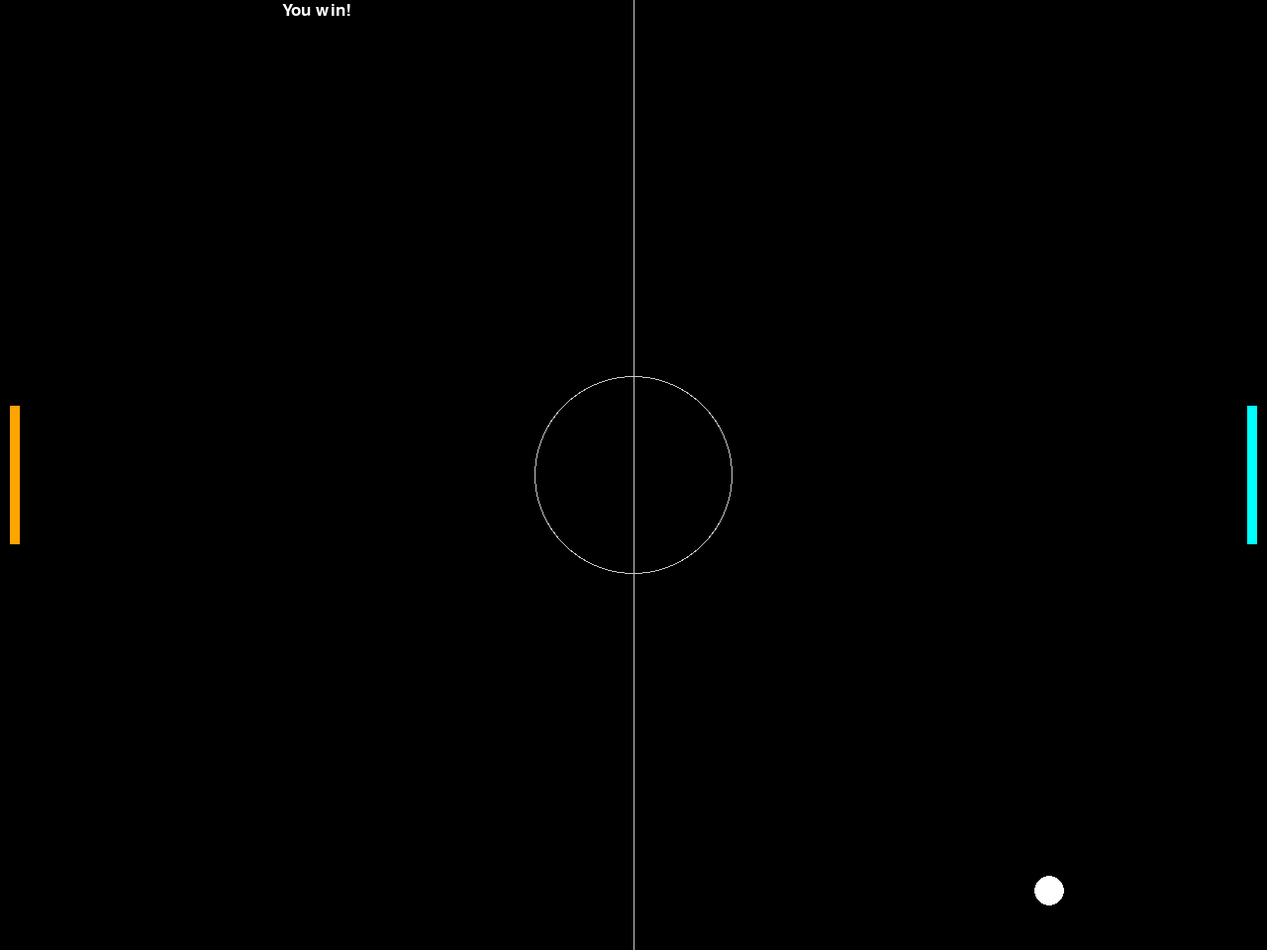
Repository: jak18015/python-tutorials
Script's output: python python-mega-course/pong-pygame/pong.py
The author's editor kept a copy of each file at every save. The script's output is drawn from the files as they stood at one save, then again after the next save.
The pictures are shown at 99% of full size.
The window is shown after at most 60 frames with no key pressed. Random numbers start from a fixed seed.

Above is the script's output before, as saved 2023-05-02 17:39:54.

After the next save:
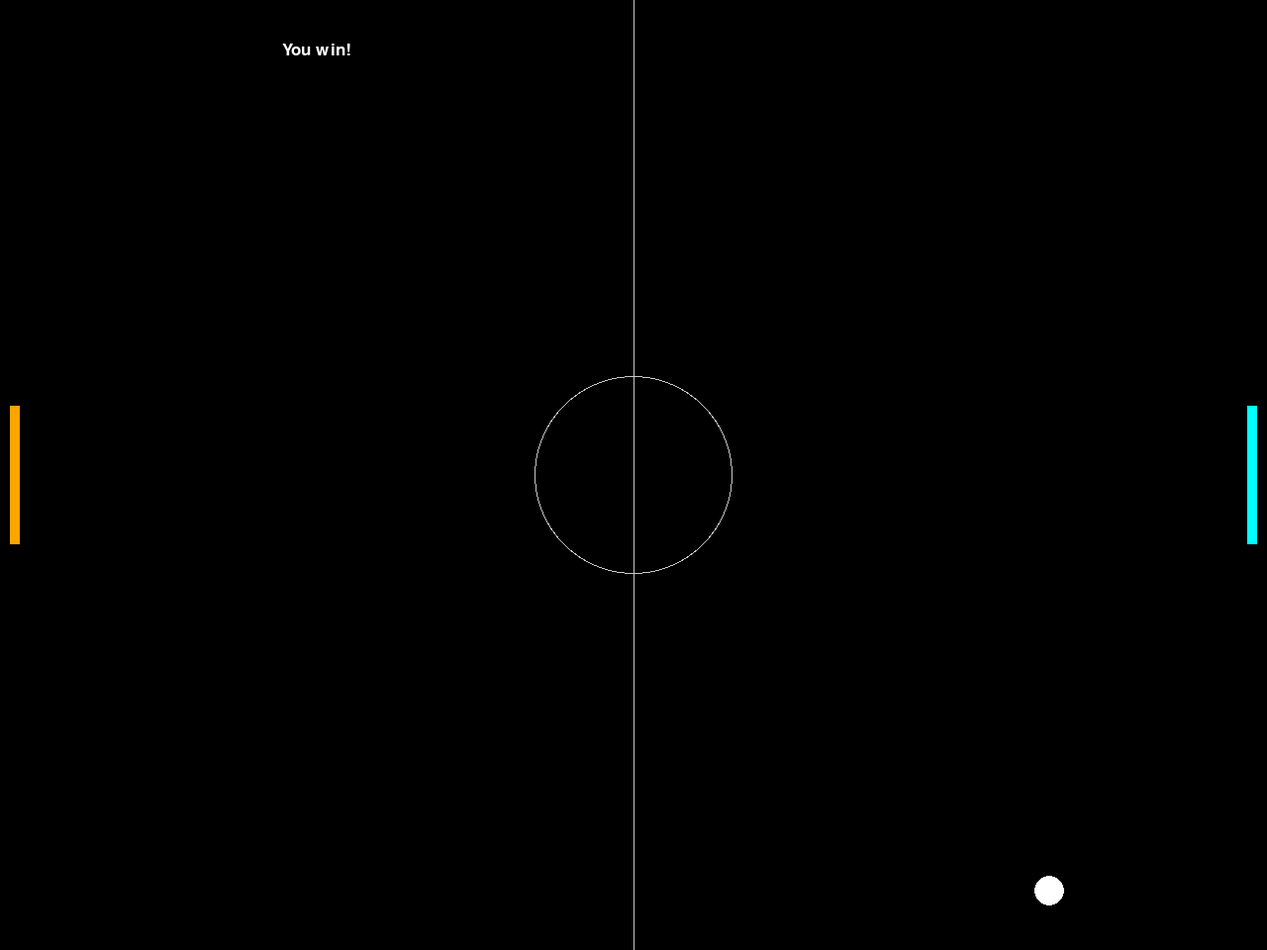
Saved 5 s later.
--- a/python-mega-course/pong-pygame/pong.py
+++ b/python-mega-course/pong-pygame/pong.py
@@ -14,7 +14,7 @@ pygame.display.set_caption('Pong')
 # text
 font = pygame.font.Font(None, 25)
 text = font.render("You win!", True, 'white')
-text_rect = text.get_rect(center=(screen_width/4, 10))
+text_rect = text.get_rect(center=(screen_width/4, 50))
 
 # game rectangles
 ball = pygame.Rect(screen_width/2-15,screen_height/2-15,30,30)
